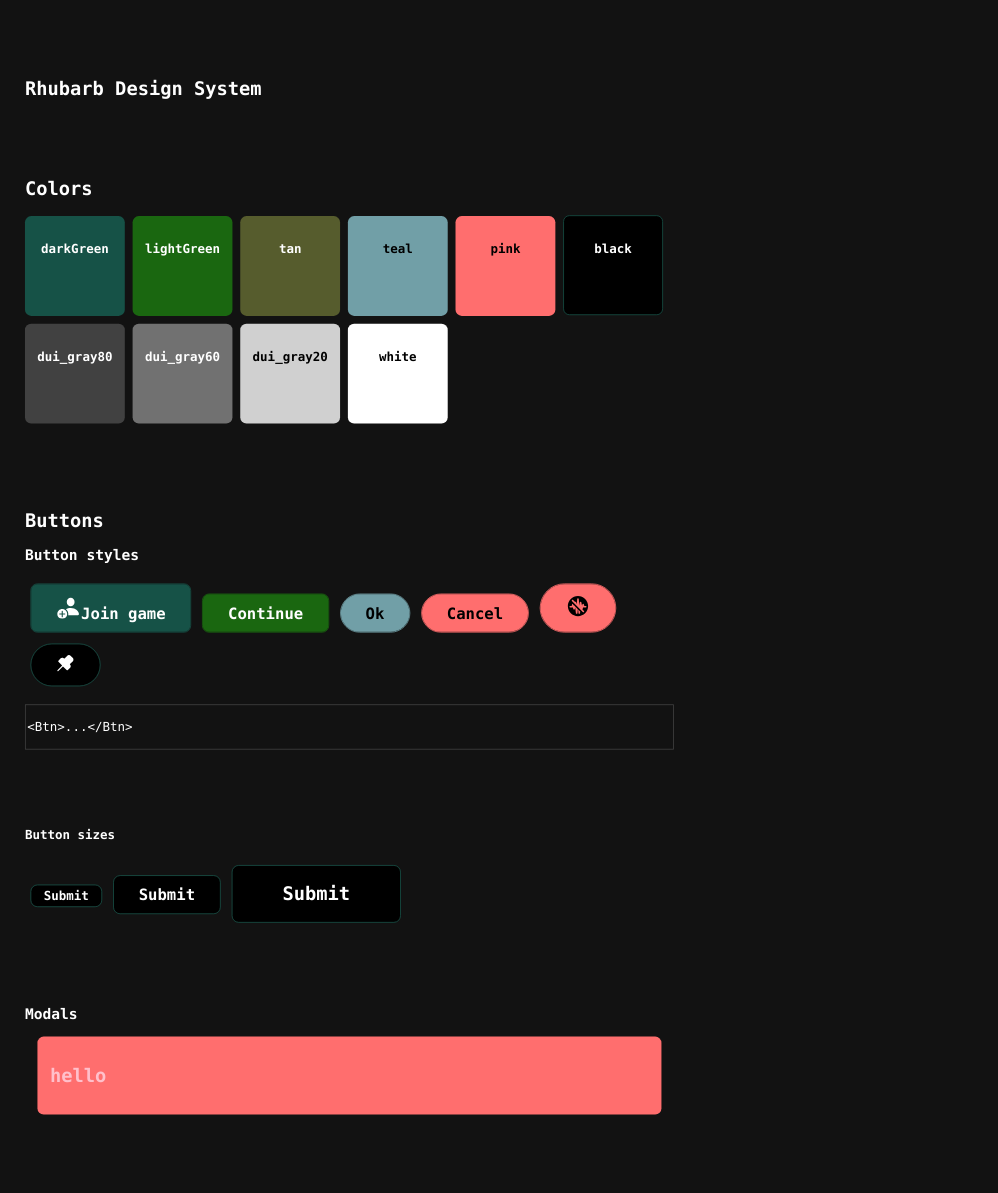
Repository: kttalley/designing-with-data_react-class
Page: / (app in lesson6_design-system-component-extension/)
The author's editor kept a copy of each file at every save. The page is drawn from the files as they stood at one save, then again after the next save.
The browser window is 1280 px wide. The pictures show the whole page, at 78% of full size.
The project was rebuilt for these pictures with package versions that can differ from the ones it lists, and the page was loaded fresh each time. Imported but missing from the stored project, and not drawn on this page: lesson6_design-system-component-extension/src/Rhubarb/Input.

Above is the page before, as saved 2023-09-01 12:11:27.

After the next save:
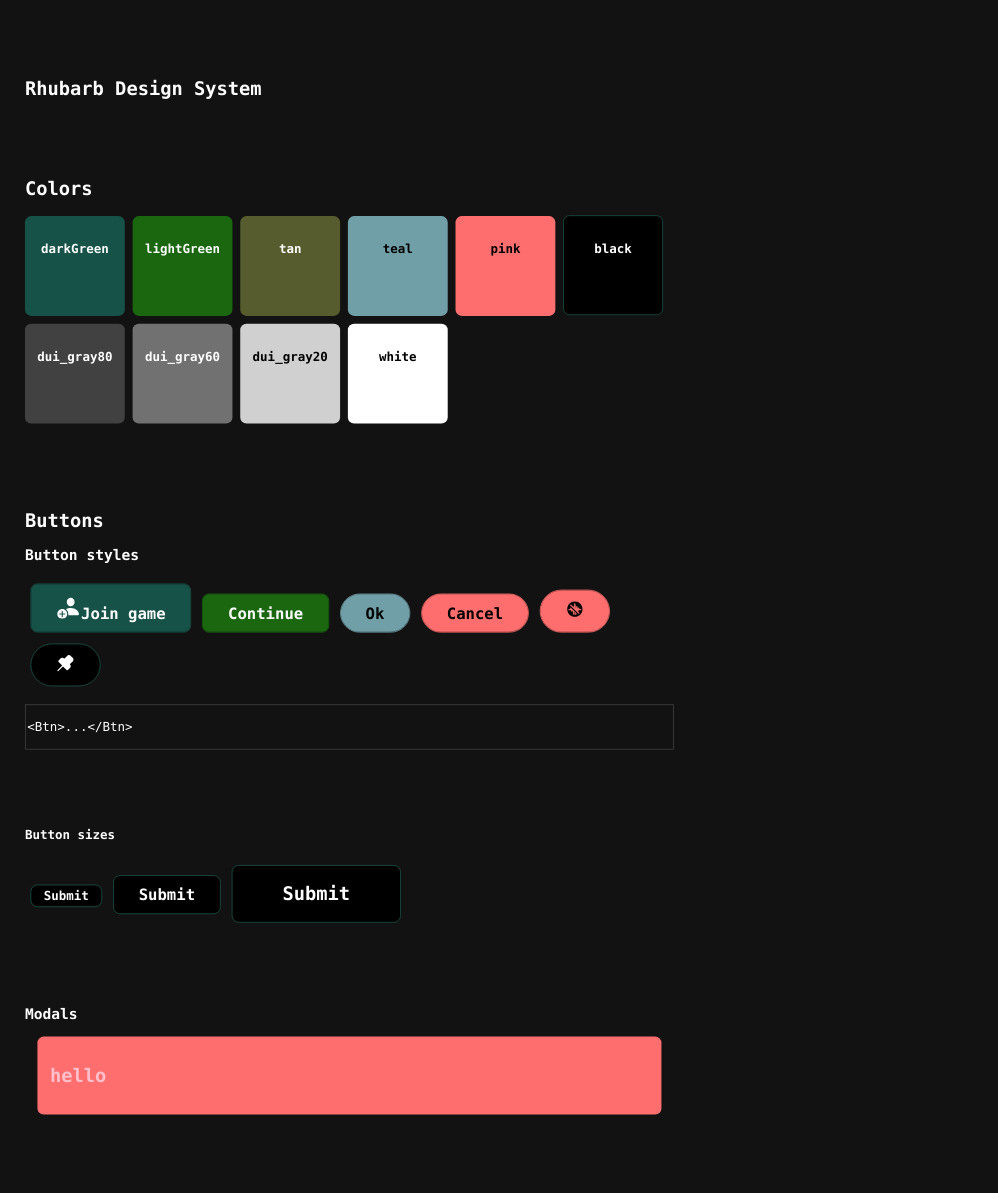
Saved 18 s later.
--- a/lesson6_design-system-component-extension/src/App.js
+++ b/lesson6_design-system-component-extension/src/App.js
@@ -44,7 +44,7 @@ class App extends Component {
           <Btn color="teal"  roundness="pill">Ok</Btn>
           <Btn color="pink"  roundness="pill">Cancel</Btn>
           <Btn color="pink" roundness="pill">
-            <Icon name="cancel" color={color.black} size={fontSize[4]}></Icon>
+            <Icon name="cancel" color={color.black} size={fontSize[3]}></Icon>
           </Btn>
           <Btn roundness="pill">
             <Icon name="pin" size={fontSize[3]} />
